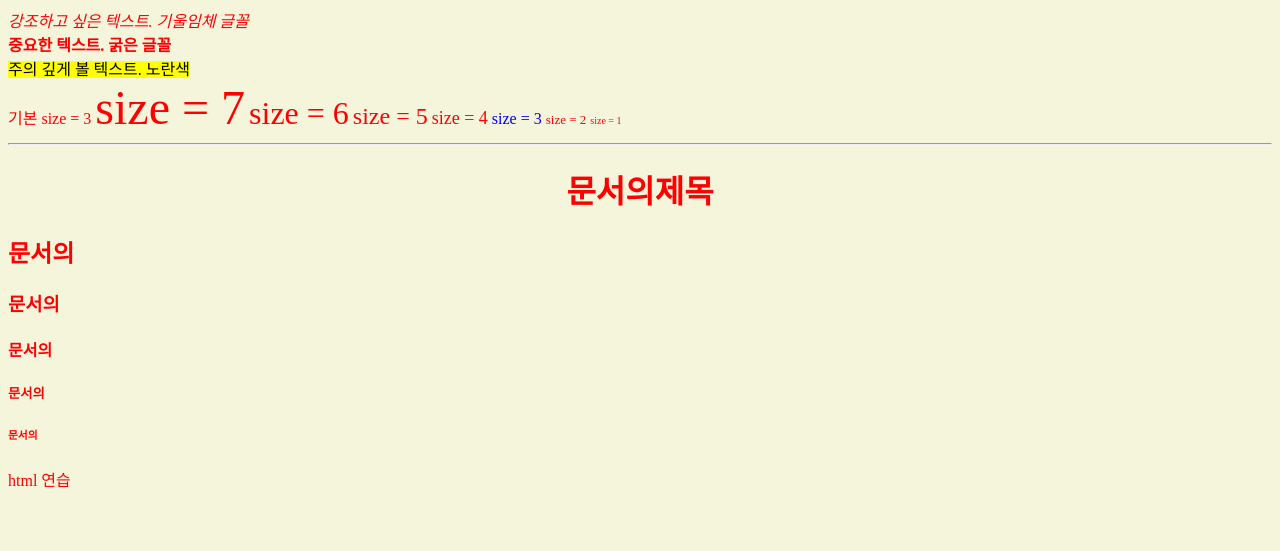
Repository: cleangggg/front
Page: html/ex03.html
An editor plug-in stored every save of this project. The page is shown before and after the next save, followed by the edit.
The browser window is 1280 px wide. The pictures show the whole page.

Above is the page before, as saved 2023-05-22 04:02:02.

After the next save:
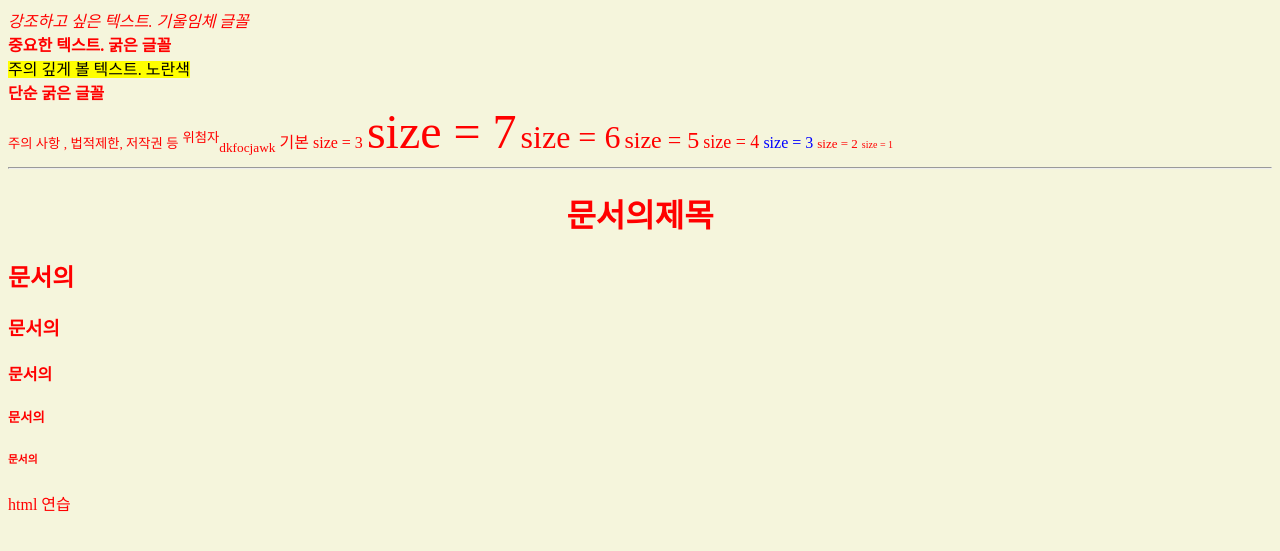
Saved 35 s later.
--- a/html/ex03.html
+++ b/html/ex03.html
@@ -9,6 +9,9 @@
 	<em>강조하고 싶은 텍스트. 기울임체 글꼴</em><br>
 	<strong>중요한 텍스트. 굵은 글꼴</strong><br>
 	<mark>주의 깊게 볼 텍스트. 노란색</mark><br>
+	<b>단순 굵은 글꼴</b><br>
+	<small>주의 사항 , 법적제한, 저작권 등</small>
+	<sup>위첨자</sup><sub>dkfocjawk</sub>
 	<font>기본 size = 3 </font>
 	<font size="7">size = 7</font>
 	<font size="6">size = 6</font>
